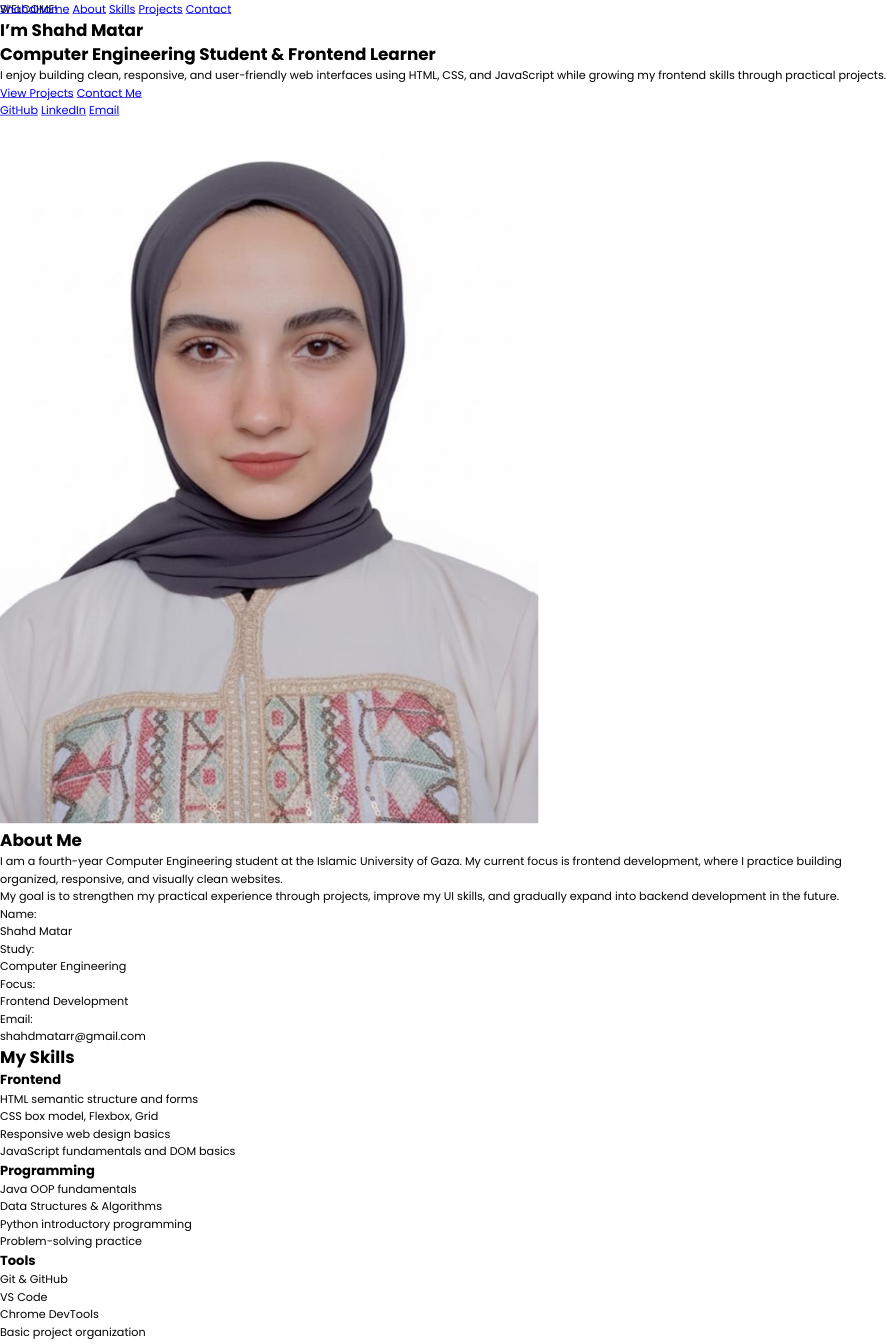
Repository: shahdmattar/personal-landing-page
Page: index.html
The author's editor kept a copy of each file at every save. The page is drawn from the files as they stood at one save, then again after the next save.
The browser window is 1280 px wide. The pictures show the part of the page from y = 0 to 1920 px (the page is 2983 px tall), at 70% of full size.
A picture or video elsewhere on the page could not be fetched, so the positions and the page height are approximate.

Above is the page before, as saved 2026-04-14 22:30:10.

### index.html
<!doctype html>
<html lang="en">
  <head>
    <meta charset="UTF-8" />
    <meta name="viewport" content="width=device-width, initial-scale=1.0" />
    <title>Shahd Matar | Personal Landing Page</title>
    <meta
      name="description"
      content="Personal landing page of Shahd Matar, Computer Engineering student and frontend learner."
    />
    <link rel="stylesheet" href="https://cdnjs.cloudflare.com/ajax/libs/font-awesome/6.0.0/css/all.min.css">
    <link rel="stylesheet" href="style.css"/>
    <!-- <link rel="stylesheet" href="test.css"> -->
  </head>

  <body>
    <header>
        <a href="#" class="logo">Shahd</a>
        <nav class="navbar">
          <a href="#hero">Home</a>
          <a href="#about">About</a>
          <a href="#skills">Skills</a>
          <a href="#projects">Projects</a>
          <a href="#contact">Contact</a>
        </nav>
    </header>

    <main>
      <section id="hero" class="hero">
        <div class="container hero-container">
          <div class="hero-text">
            <p class="welcome-text">WELCOME!</p>
            <h1>I’m Shahd Matar</h1>
            <h2>Computer Engineering Student & Frontend Learner</h2>
            <p class="hero-description">
              I enjoy building clean, responsive, and user-friendly web
              interfaces using HTML, CSS, and JavaScript while growing my
              frontend skills through practical projects.
            </p>

            <div class="hero-buttons">
              <a href="#projects" class="btn btn-primary">View Projects</a>
              <a href="#contact" class="btn btn-outline">Contact Me</a>
            </div>

            <div class="social-links">
              <a
                href="https://github.com/shahdmattar"
                target="_blank"
                rel="noopener noreferrer"
                >GitHub</a
              >
              <a
                href="https://www.linkedin.com/in/shahd-matar-957608368"
                target="_blank"
                rel="noopener noreferrer"
                >LinkedIn</a
              >
              <a href="mailto:shahdmatarr@gmail.com">Email</a>
            </div>
          </div>

          <div class="hero-image">
            <img src="profile.jpeg" alt="Portrait of Shahd Matar" />
          </div>
        </div>
      </section>

      <section id="about" class="about section-padding">
        <div class="container">
          <h2 class="section-title">About <span>Me</span></h2>

          <div class="about-content">
            <div class="about-info">
              <p>
                I am a fourth-year Computer Engineering student at the Islamic
                University of Gaza. My current focus is frontend development,
                where I practice building organized, responsive, and visually
                clean websites.
              </p>
              <p>
                My goal is to strengthen my practical experience through
                projects, improve my UI skills, and gradually expand into
                backend development in the future.
              </p>
            </div>

            <div class="about-details">
              <div class="detail-item">
                <span>Name:</span>
                <p>Shahd Matar</p>
              </div>

              <div class="detail-item">
                <span>Study:</span>
                <p>Computer Engineering</p>
              </div>

              <div class="detail-item">
                <span>Focus:</span>
                <p>Frontend Development</p>
              </div>

              <div class="detail-item">
                <span>Email:</span>
                <p>shahdmatarr@gmail.com</p>
              </div>
            </div>
          </div>
        </div>
      </section>

      <section id="skills" class="skills section-padding">
        <div class="container">
          <h2 class="section-title">My <span>Skills</span></h2>

          <div class="skills-grid">
            <article class="skill-card">
              <h3>Frontend</h3>
              <ul>
                <li>HTML semantic structure and forms</li>
                <li>CSS box model, Flexbox, Grid</li>
                <li>Responsive web design basics</li>
                <li>JavaScript fundamentals and DOM basics</li>
              </ul>
            </article>

            <article class="skill-card">
              <h3>Programming</h3>
              <ul>
                <li>Java OOP fundamentals</li>
                <li>Data Structures &amp; Algorithms</li>
                <li>Python introductory programming</li>
                <li>Problem-solving practice</li>
              </ul>
            </article>

            <article class="skill-card">
              <h3>Tools</h3>
              <ul>
                <li>Git &amp; GitHub</li>
                <li>VS Code</li>
                <li>Chrome DevTools</li>
                <li>Basic project organization</li>
              </ul>
            </article>
          </div>
        </div>
      </section>

      <section id="projects" class="projects section-padding">
        <div class="container">
          <h2 class="section-title">My <span>Projects</span></h2>

          <div class="projects-grid">
            <article class="project-card">
              <img
                src="personalpage.png"
                alt="Preview of personal landing page project"
                class="project-image"
              />
              <div class="project-content">
                <h3>Personal Landing Page</h3>
                <p>
                  A modern personal portfolio page built with semantic HTML and
                  CSS, including hero, about, skills, projects, and contact
                  sections.
                </p>
                <div class="project-links">
                  <a
                    href="https://github.com/shahdmattar/personal-landing-page"
                    target="_blank"
                    rel="noopener noreferrer"
                    class="btn btn-small btn-primary"
                    >GitHub Repo</a
                  >
                  <a
                    href="https://shahdmattar.github.io/personal-landing-page/"
                    target="_blank"
                    rel="noopener noreferrer"
                    class="btn btn-small btn-outline"
                    >Live Demo</a
                  >
                </div>
              </div>
            </article>

            <article class="project-card">
              <img
                src="project2.jpg"
                alt="Preview of ecommerce UI project"
                class="project-image"
              />
              <div class="project-content">
                <h3>Responsive E-commerce UI</h3>
                <p>
                  A frontend e-commerce interface concept with product cards,
                  modern layout, clean styling, and responsive behavior for
                  mobile and desktop screens.
                </p>
                <div class="project-links">
                  <a href="#" class="btn btn-small btn-primary">GitHub Repo</a>
                  <a href="#" class="btn btn-small btn-outline">Live Demo</a>
                </div>
              </div>
            </article>
          </div>
        </div>
      </section>

      <section id="contact" class="contact section-padding">
        <div class="container">
          <h2 class="section-title">Contact <span>Me</span></h2>

          <form action="#" method="post" class="contact-form">
            <div class="input-row">
              <input
                type="text"
                name="name"
                placeholder="Your Name"
                required
                minlength="2"
                autocomplete="name"
              />
              <input
                type="email"
                name="email"
                placeholder="Your Email"
                required
                autocomplete="email"
              />
            </div>

            <textarea
              name="message"
              rows="7"
              placeholder="Write your message..."
              required
              minlength="10"
            ></textarea>

            <button type="submit" class="btn btn-primary">Send Message</button>
          </form>

          <p class="contact-note">
            You can also contact me directly at
            <a href="mailto:shahdmatarr@gmail.com">shahdmatarr@gmail.com</a>
          </p>
        </div>
      </section>
    </main>

    <footer class="site-footer">
      <div class="container">
        <p>&copy; 2026 Shahd Matar.</p>
      </div>
    </footer>
  </body>
</html>

### style.css
@import url('https://fonts.googleapis.com/css2?family=Dancing+Script:wght@400..700&family=Poppins:ital,wght@0,100;0,200;0,300;0,400;0,500;0,600;0,700;0,800;0,900;1,100;1,200;1,300;1,400;1,500;1,600;1,700;1,800;1,900&display=swap');

* {
  font-family:"Poppins", sans-serif;
  margin: 0;
  padding: 0;
  box-sizing: border-box;
  scroll-behavior:smooth;
}
header{
  width:
  background-color:rgba(17, 72, 99, 0.8);
  position:fixed;
  display:flex;
  justify-content: space-between;
}

After the next save:
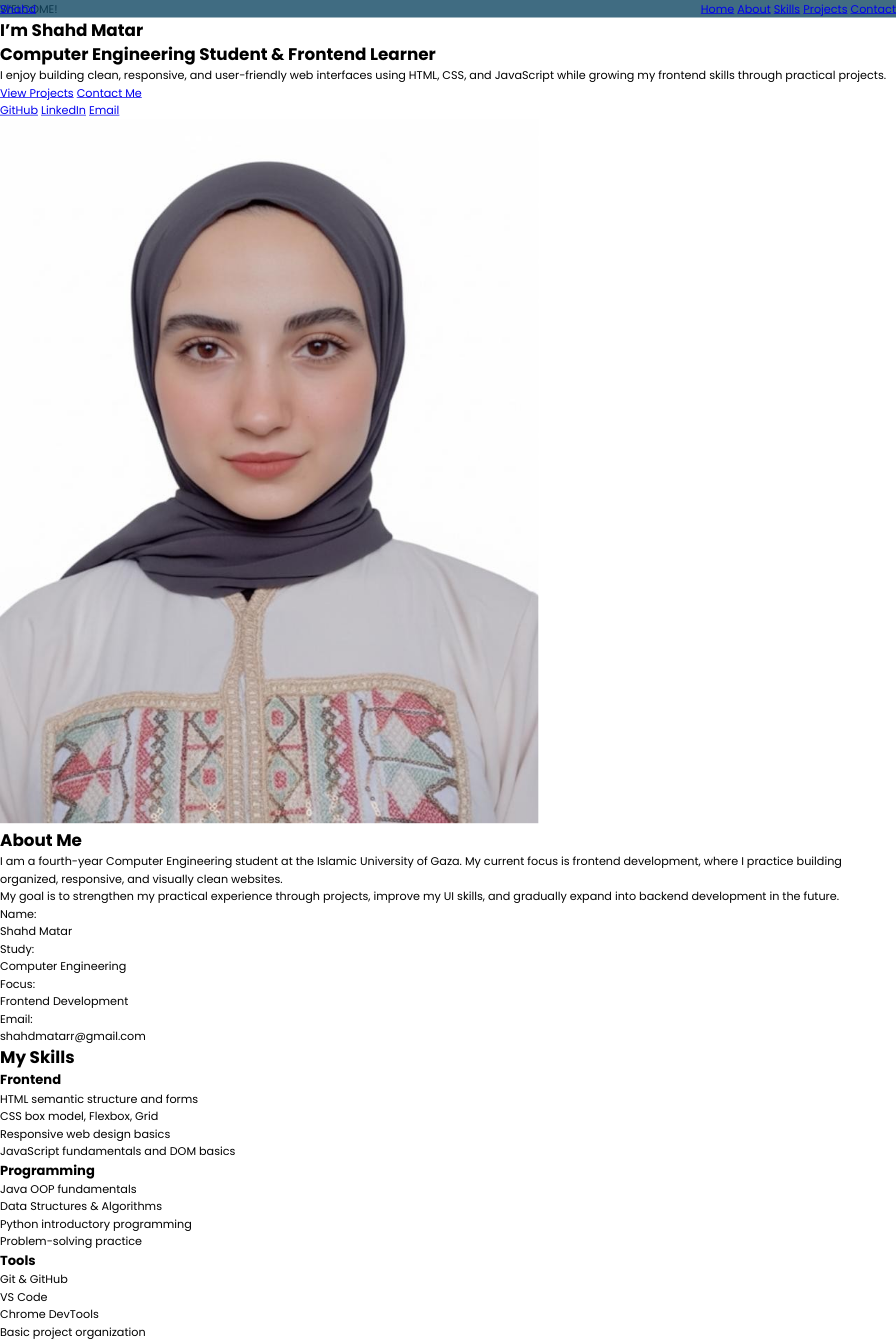
Saved 5 s later.
--- a/style.css
+++ b/style.css
@@ -8,7 +8,7 @@
   scroll-behavior:smooth;
 }
 header{
-  width:
+  width:100%;
   background-color:rgba(17, 72, 99, 0.8);
   position:fixed;
   display:flex;
